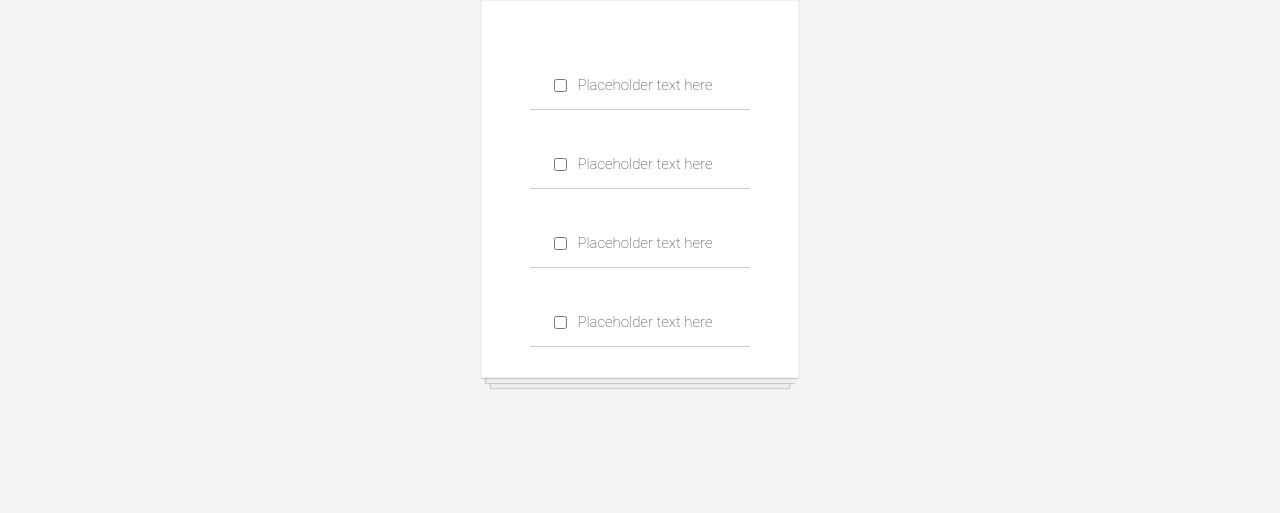
Repository: 0101chaitanya/react-todo
Page: /
The author's editor kept a copy of each file at every save. The page is drawn from the files as they stood at one save, then again after the next save.
The browser window is 1280 px wide. The pictures show the whole page.
The project was rebuilt for these pictures with package versions that can differ from the ones it lists, and the page was loaded fresh each time.

Above is the page before, as saved 2021-07-21 12:19:10.

### src/App.js
import "./App.css";
import TodoComp from "./components/todoComp";
function App() {
  return (
    <div className="todo-list">
      <TodoComp />

      <TodoComp />
      <TodoComp />
      <TodoComp />
    </div>
  );
}

export default App;

### src/App.css
body {
  background-color: whitesmoke;
}

.todo-list {
  background-color: white;
  margin: auto;
  width: 20%;
  display: flex;
  flex-direction: column;
  align-items: center;
  border: 1px solid #efefef;
  box-shadow:
    /* The top layer shadow */ 0 1px 1px rgba(0, 0, 0, 0.15),
    /* The second layer */ 1px 10px 0 -5px #eee,
    /* The second layer shadow */ 0 10px 1px -4px rgba(0, 0, 0, 0.15),
    /* The third layer */ 0 20px 0 -10px #eee,
    /* The third layer shadow */ 0 20px 1px -9px rgba(0, 0, 0, 0.15);
  padding: 30px;
}

.todo-item {
  display: flex;
  justify-content: flex-start;
  align-items: center;
  padding: 30px 20px 0;
  width: 70%;
  border-bottom: 1px solid #cecece;
  font-family: Roboto, sans-serif;
  font-weight: 100;
  font-size: 15px;
  color: #333333;
}

input[type="checkbox"] {
  margin-right: 10px;
  font-size: 30px;
}

input[type="checkbox"]:focus {
  outline: 0;
}

### src/components/todoComp.js
import React from "react";

function TodoComp() {
  return (
    <div className="todo-item">
      <input type="checkbox" />
      <p>Placeholder text here</p>
    </div>
  );
}

export default TodoComp;

Loaded but not shown: public/index.html (common file); src/index.js (common file); src/index.css (common file); src/reportWebVitals.js (common file)

After the next save:
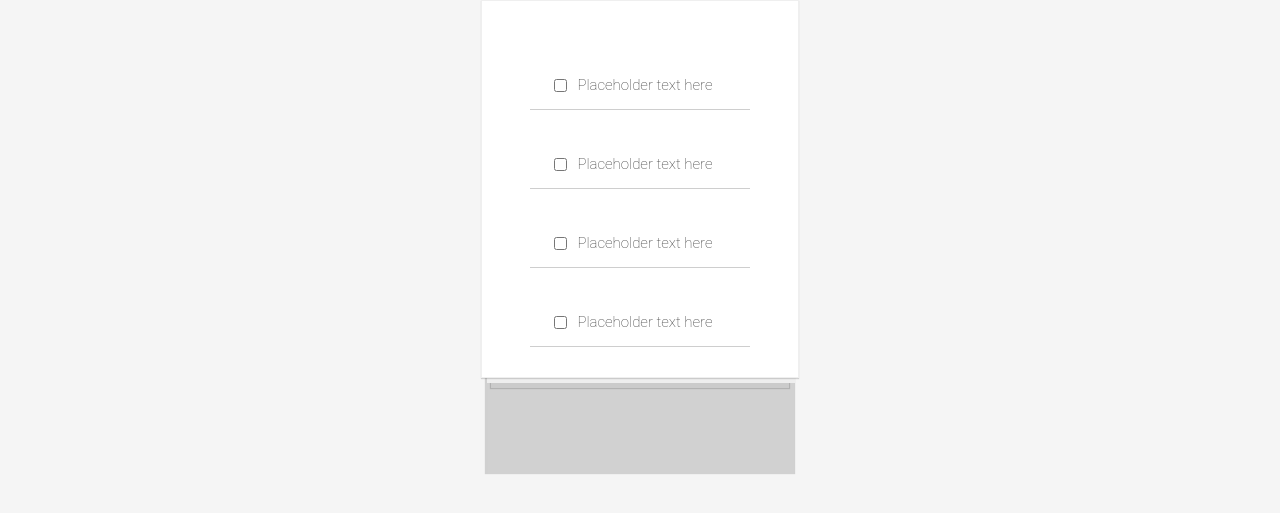
Saved 4 s later.
--- a/src/App.css
+++ b/src/App.css
@@ -13,7 +13,7 @@
   box-shadow:
     /* The top layer shadow */ 0 1px 1px rgba(0, 0, 0, 0.15),
     /* The second layer */ 1px 10px 0 -5px #eee,
-    /* The second layer shadow */ 0 10px 1px -4px rgba(0, 0, 0, 0.15),
+    /* The second layer shadow */ 0 100px 1px -4px rgba(0, 0, 0, 0.15),
     /* The third layer */ 0 20px 0 -10px #eee,
     /* The third layer shadow */ 0 20px 1px -9px rgba(0, 0, 0, 0.15);
   padding: 30px;

After the save that followed:
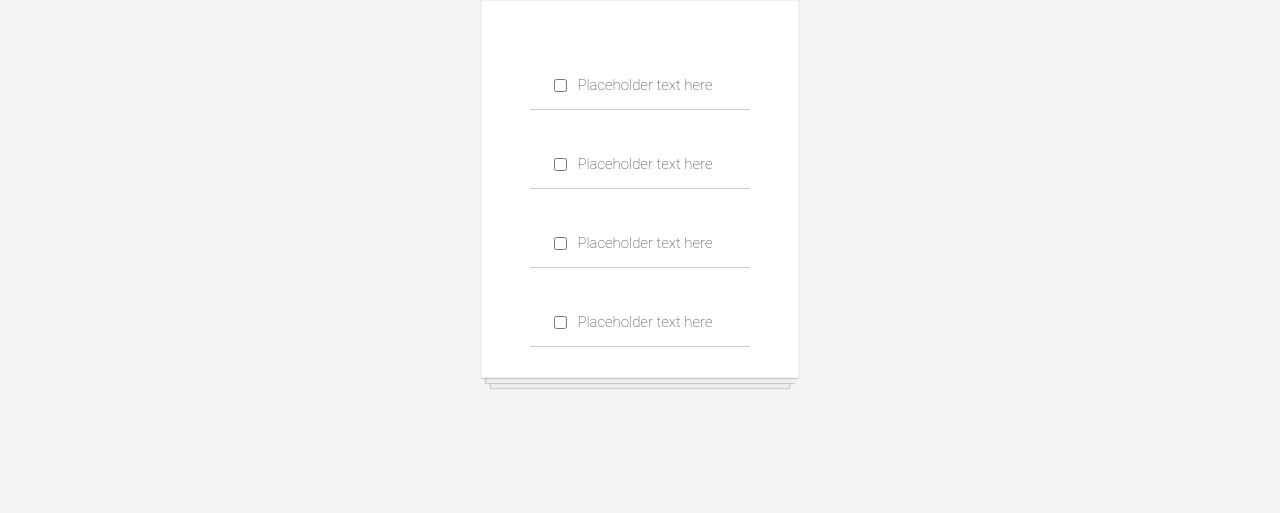
Saved 8 s later.
--- a/src/App.css
+++ b/src/App.css
@@ -13,7 +13,7 @@
   box-shadow:
     /* The top layer shadow */ 0 1px 1px rgba(0, 0, 0, 0.15),
     /* The second layer */ 1px 10px 0 -5px #eee,
-    /* The second layer shadow */ 0 100px 1px -4px rgba(0, 0, 0, 0.15),
+    /* The second layer shadow */ 0 10px 1px -4px rgba(0, 0, 0, 0.15),
     /* The third layer */ 0 20px 0 -10px #eee,
     /* The third layer shadow */ 0 20px 1px -9px rgba(0, 0, 0, 0.15);
   padding: 30px;
